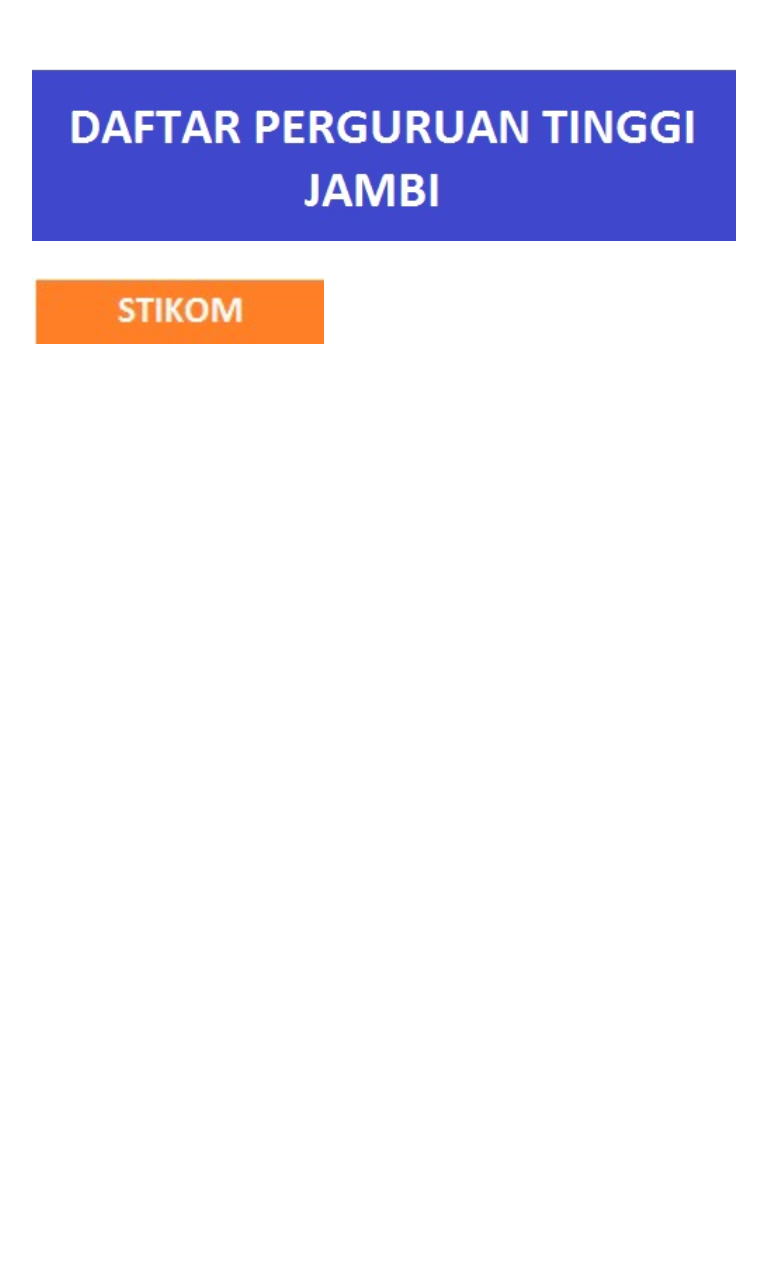
Repository: akungilang/Tugas_Akhir
Layout: Mobile/PerguruanTinggiSwastaJambi/res/layout/activity_menu.xml
These files come from the project's save history. The layout is drawn as it stood at one moment and after the next save; the edit follows.
It is drawn on a 768 x 1280 px phone screen (xhdpi) without system bars, with theme AppTheme; the app's code is not run.

Above is the layout before, as saved 2015-01-31 05:26:05.

After the next save:
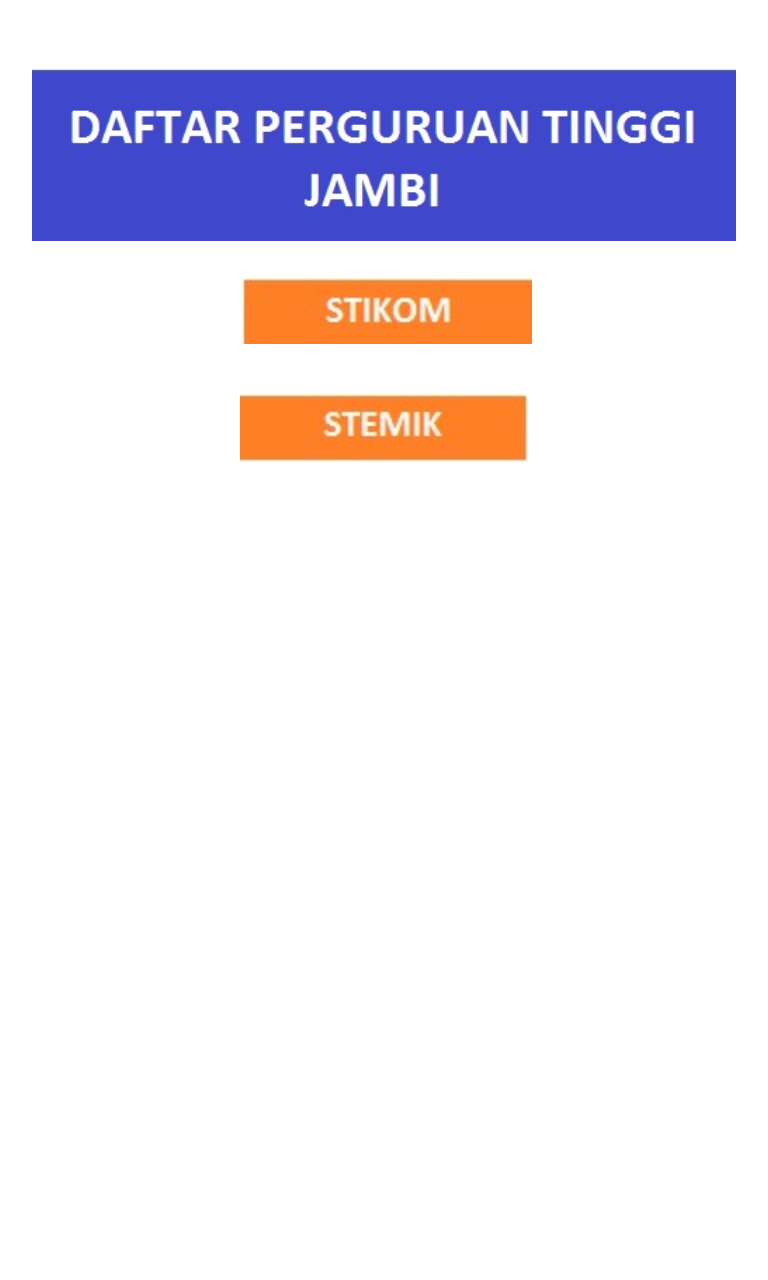
Saved 59 s later.
--- a/Mobile/PerguruanTinggiSwastaJambi/res/layout/activity_menu.xml
+++ b/Mobile/PerguruanTinggiSwastaJambi/res/layout/activity_menu.xml
@@ -18,8 +18,19 @@
         android:id="@+id/imageView2"
         android:layout_width="wrap_content"
         android:layout_height="wrap_content"
-        android:layout_alignLeft="@+id/imageView1"
+        android:layout_alignLeft="@+id/imageView3"
         android:layout_below="@+id/imageView1"
+        android:onClick="openstikom"
         android:src="@drawable/stikom3" />
 
+    <ImageView
+        android:id="@+id/imageView3"
+        android:layout_width="wrap_content"
+        android:layout_height="wrap_content"
+        android:layout_below="@+id/imageView2"
+        android:layout_centerHorizontal="true"
+        android:layout_marginTop="25dp"
+        android:onClick="openstemik"
+        android:src="@drawable/stemik3" />
+
 </RelativeLayout>
